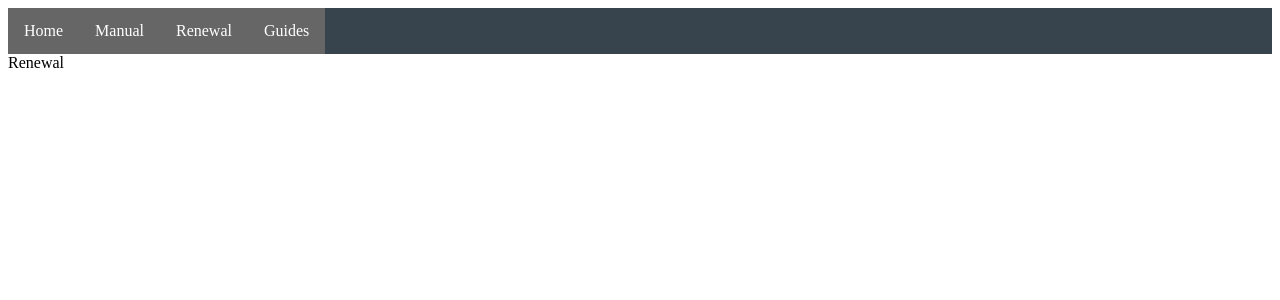
Repository: muesinga/ticketoffice-dot-info
Page: guides/renewal.html
The author's editor kept a copy of each file at every save. The page is drawn from the files as they stood at one save, then again after the next save.
The browser window is 1280 px wide. The pictures show the whole page.

Above is the page before, as saved 2022-06-07 15:16:04.
Console error: TypeError: Cannot read properties of null (reading 'getElementsByClassName')

After the next save:
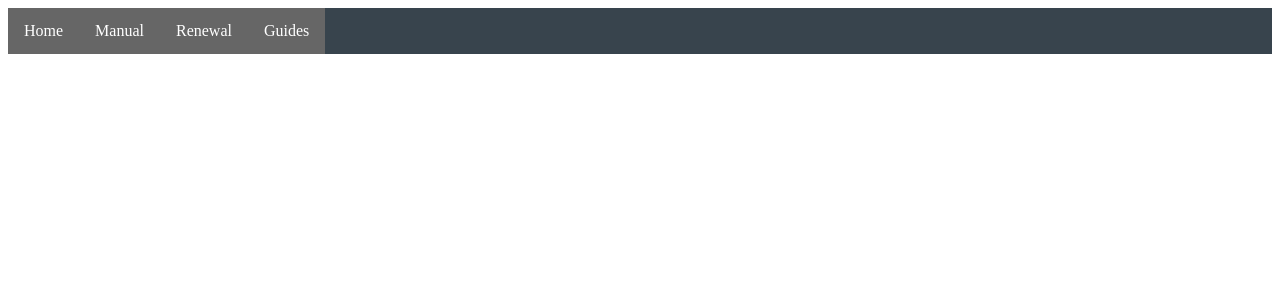
Saved 2 days later.
--- a/guides/renewal.html
+++ b/guides/renewal.html
@@ -8,6 +8,5 @@
 </head>
 <body>
     <script id="replace_with_navbar" src="index.js"></script>
-    Renewal
-</body>
+    <script id="replace_with_navbar" src="index.js"></script></body>
 </html>
